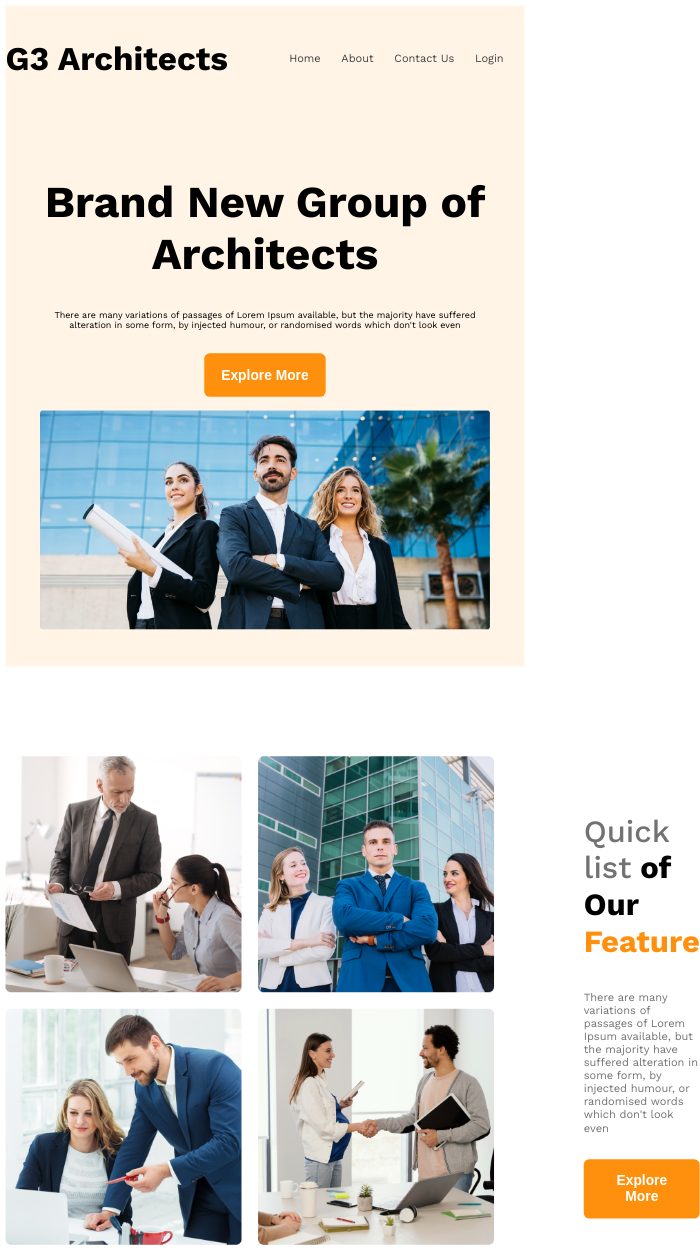
Repository: dollyrakhe22/g3-architects-website
Page: index.html
These files come from the project's save history. The page is drawn as it stood at one moment and after the next save; the edit follows.
The browser window is 768 px wide. The page is 1014 px wide, then 768 px, so the pictures cover 1014 px, including what lies to the right of the window. The pictures show the whole page, at 69% of full size.

Above is the page before, as saved 2025-07-20 21:31:02.

After the next save:
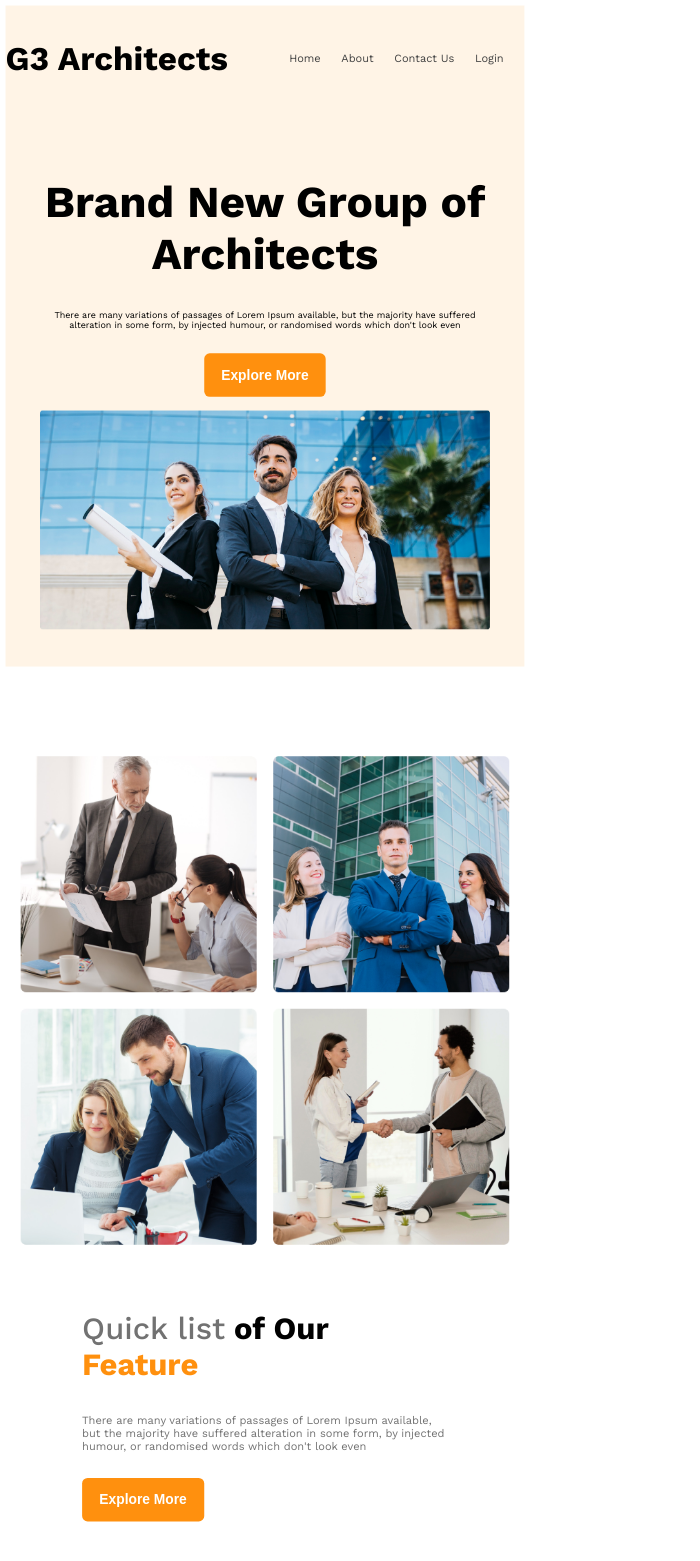
Saved 62 min 1 s later.
--- a/style.css
+++ b/style.css
@@ -133,3 +133,12 @@ main> section{
   margin-left: 10px;
 }
 }
+/*medium device*/
+@media  screen and (min-width:576px) and (max-width:992px){
+  .teams{
+    flex-direction: column;
+  }
+  .our-features{
+    margin: 50px auto;
+  }
+}
